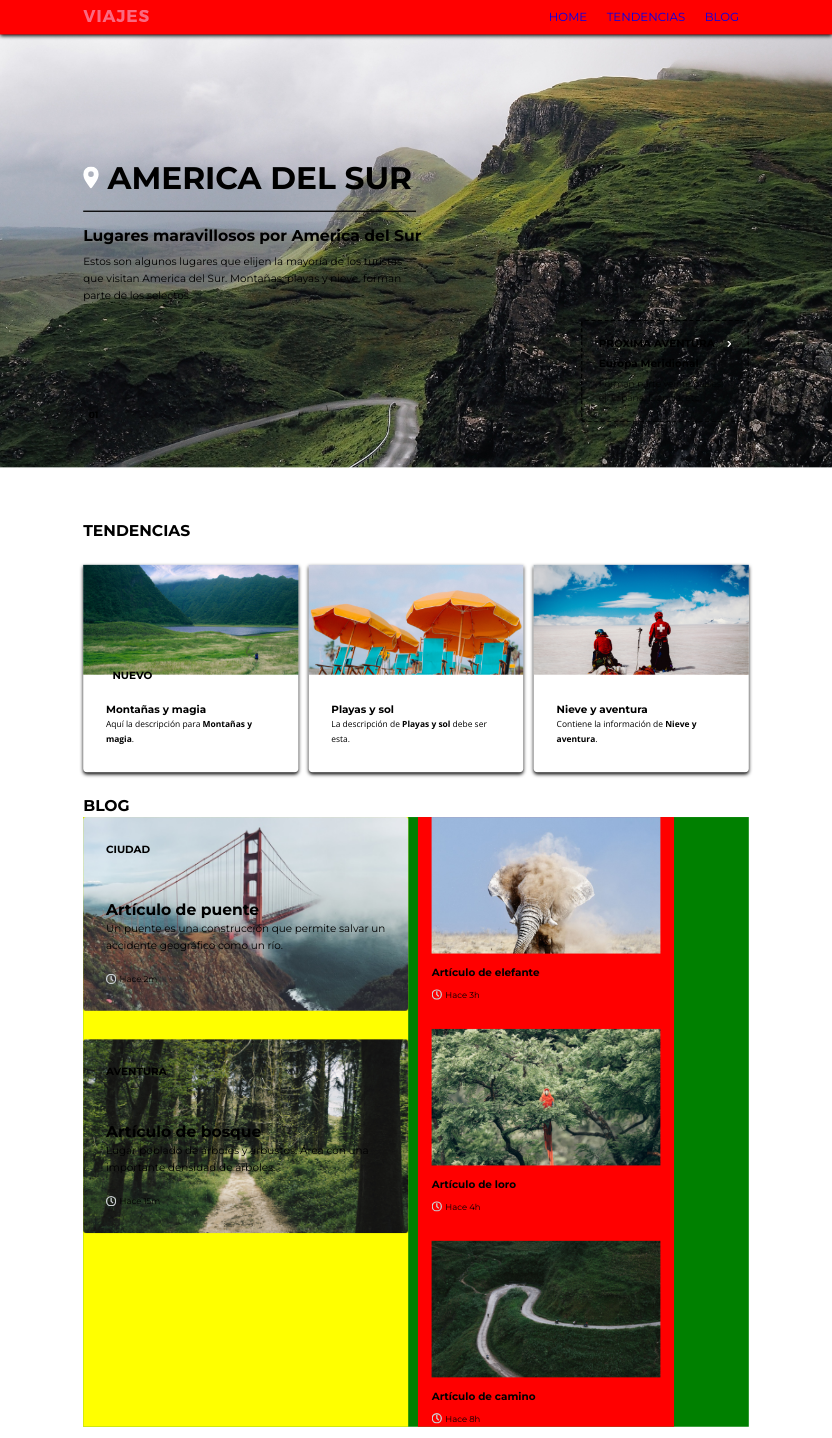
Repository: agustin-mesa/viajes
Page: /
These files come from the project's save history. The page is drawn as it stood at one moment and after the next save; the edit follows.
The browser window is 1280 px wide. The pictures show the whole page, at 65% of full size.
The project was rebuilt for these pictures with package versions that can differ from the ones it lists, and the page was loaded fresh each time. Also part of the build but not shown: src/components/styles/colors.module.scss.

Above is the page before, as saved 2021-11-12 13:06:13.

### public/index.html
<!DOCTYPE html>
<html lang="es">
  <head>
    <meta name="author" content="Mauro Agustín Mesa" />
    <meta charset="utf-8" />
    <meta name="viewport" content="width=device-width, initial-scale=1" />
    <meta name="theme-color" content="#000000" />
    <meta
      name="description"
      content="Web site created using create-react-app"
    />
    <title>React App</title>
  </head>
  <body>
    <noscript>You need to enable JavaScript to run this app.</noscript>
    <div id="root"></div>
  </body>
</html>

### src/index.js
import React from "react";
import ReactDOM from "react-dom";
import App from "./App";
import "./index.css";

const Index = () => {
  return <App />;
};

ReactDOM.render(<Index />, document.getElementById("root"));

### src/App.js
import React from "react";
import Header from "./components/Header";
import Home from "./pages/Home";
import Tendencias from "./pages/Tendencias";
import Blog from "./pages/Blog";

const App = () => {
  return (
    <>
      <Header />
      <Home />
      <Tendencias />
      <Blog />
    </>
  );
};

export default App;

### src/index.css
@import url("https://fonts.googleapis.com/css2?family=Montserrat:wght@100;200;300;400;500;600;700&display=swap");
@import url("https://fonts.googleapis.com/css2?family=Montserrat:wght@100;200;300;400;500;600;700&family=Open+Sans:wght@400;500;600;700&display=swap");

* {
  margin: 0;
  padding: 0;
  list-style: none;
  text-decoration: none;
  border: none;
  outline: none;
  scroll-behavior: smooth;
}

body {
  margin: 0;
  -webkit-font-smoothing: antialiased;
  -moz-osx-font-smoothing: grayscale;
  font-family: "Montserrat", "Open Sans", sans-serif;
}

code {
  font-family: source-code-pro, Menlo, Monaco, Consolas, "Courier New",
    monospace;
}

### src/components/Header.js
import React from "react";
import styled from "styled-components";

// Colors
import * as colors from "./styles/colors.module.scss";

// LOGO
import logo from "../Assets/logo/logo_01.svg";

const Header = () => {
  return (
    <ContainerHeader>
      <nav>
        <div className="header__logo">
          <a href="#home">
            <img src={logo} alt="Viajes" />
          </a>
        </div>
        <ul>
          <li>
            <a href="#home">HOME</a>
          </li>
          <li>
            <a href="#tendencias">TENDENCIAS</a>
          </li>
          <li>
            <a href="#blog">BLOG</a>
          </li>
        </ul>
      </nav>
    </ContainerHeader>
  );
};

const ContainerHeader = styled.header`
  position: fixed;
  top: 0;
  left: 0;
  right: 0;
  z-index: 999;
  background: red;
  background: ${colors.white};
  box-shadow: 0px 3px 6px ${colors.blackOpac};
  nav {
    display: flex;
    flex-direction: row;
    justify-content: space-between;
    align-items: center;
    padding: 15px 10%;
    ul {
      display: flex;
      flex-direction: row;
      justify-content: flex-end;
      align-items: center;
      width: 100%;
      li a {
        padding: 15px 15px;
        font: normal normal normal 18px/13px Montserrat;
        color: ${colors.blueRelax};
        transition: all 0.2s ease;
      }
      li a:hover {
        color: ${colors.darkblue};
      }
    }
  }
`;

export default Header;

### src/pages/Home.js
import React from "react";
import styled from "styled-components";

import * as colors from "../components/styles/colors.module.scss";

// IMG
import viajesHero from "../Assets/img/Viajes_Hero.jpg";
import icPin from "../Assets/iconos/ic_pin.svg";
import icArrow from "../Assets/iconos/arrow.svg";

// Importo etiquetas default con estilos propios
import { Parrafo, Span, H3, H5 } from "../components/styles/stylesDefault";

const Home = () => {
  return (
    <ContainerHome id="home">
      <HeroWrapper>
        <div className="hero__title">
          <h1>
            <img src={icPin} alt="Pin" /> AMERICA DEL SUR
          </h1>
          <hr />
          <H3 color="white">Lugares maravillosos por America del Sur</H3>
          <Parrafo>
            Estos son algunos lugares que elijen la mayoría de los turistas que
            visitan America del Sur. Montañas, playas y nieve, forman parte de
            los selectos.
          </Parrafo>
        </div>
        <div className="hero__info">
          <H5>
            PRÓXIMA AVENTURA <img src={icArrow} alt="Arrow" />
          </H5>
          <Span color="white">Europa Meridional</Span>
          <p>
            Forman parte veinte países. <br />
            ej. España, Francia, etc.
          </p>
        </div>
      </HeroWrapper>
      <div className="slider">
        <span>01</span>
      </div>
    </ContainerHome>
  );
};

const ContainerHome = styled.div`
  width: 100%;
  height: 100vh;
  background-image: url(${viajesHero});
  background-size: cover;
  background-position: center;

  .slider {
    position: absolute;
    width: 13%;
    bottom: 60px;
    display: flex;
    align-items: center;
    justify-content: flex-end;
    z-index: 1;
    span {
      display: flex;
      align-items: center;
      justify-content: center;
      width: 45px;
      height: 45px;
      background: ${colors.white};
      border-radius: 50px;
      font: normal normal bold 14px/22px Montserrat;
    }
    span::after {
      content: "";
      position: absolute;
      width: 70px;
      height: 70px;
      background: ${colors.whiteOpac};
      border-radius: 50px;
      z-index: -2;
    }
    span::before {
      content: "";
      position: absolute;
      left: 0;
      width: 100%;
      height: 5px;
      background: ${colors.pink};
      z-index: -1;
    }
  }
`;

const HeroWrapper = styled.div`
  position: absolute;
  top: 0;
  bottom: 0;
  left: 10%;
  right: 10%;
  display: flex;
  align-items: center;
  .hero__title {
    display: flex;
    align-items: flex-start;
    justify-content: center;
    flex-direction: column;
    color: ${colors.white};

    h1 {
      font: normal normal bold 48px/42px Montserrat;
    }
    hr {
      width: 50%;
      border-bottom: 2px solid ${colors.white};
      margin: 30px 0 20px;
    }
  }

  .hero__info {
    position: absolute;
    right: 0;
    bottom: 70px;
    background: ${colors.darkblueOpac} 0% 0% no-repeat padding-box;
    border: 2px dashed ${colors.whiteOpac};
    border-radius: 6px;
    padding: 25px;

    p {
      font: normal normal 300 14px/22px Montserrat;
      color: ${colors.white};
      margin: 10px 0 0;
    }
  }
`;

export default Home;

### src/pages/Tendencias.js
import React from "react";
import styled from "styled-components";

// Colors
import * as colors from "../components/styles/colors.module.scss";

// IMG
import card01 from "../Assets/img/card_01.png";
import card02 from "../Assets/img/card_02.png";
import card03 from "../Assets/img/card_03.png";

// Importo etiquetas default con estilos propios
import { H3 } from "../components/styles/stylesDefault";

// Components
import TendenciaItem from "../components/TendenciaItem";

const Tendencias = () => {
  // Simulo una base de datos para luego imprimir cada CARD.
  // Aunque también se podría hacer manualmente usando el componente
  // TendenciaItem y usar sus props, pero la manera más eficiente es el de
  // simular una base de datos; tranquilamente se muestra cada CARD con tan solo
  // agregar un objeto más dentro del array.
  const tendencias = [
    {
      src: card01,
      isNew: true,
      titulo: "Montañas y magia",
      descripcion: (
        <>
          Aquí la descripción para <b>Montañas y magia</b>.
        </>
      ),
    },
    {
      src: card02,
      isNew: false,
      titulo: "Playas y sol",
      descripcion: (
        <>
          La descripción de <b>Playas y sol</b> debe ser esta.
        </>
      ),
    },
    {
      src: card03,
      isNew: false,
      titulo: "Nieve y aventura",
      descripcion: (
        <>
          Contiene la información de <b>Nieve y aventura</b>.
        </>
      ),
    },
  ];

  return (
    <ContainerTendencias id="tendencias">
      <div className="tendencias">
        <div className="tendencias__header">
          <H3 color="darkblue">TENDENCIAS</H3>
        </div>
        <div className="tendencias__body">
          {tendencias.map((tendencia, i) => {
            return (
              <TendenciaItem
                src={tendencia.src}
                nuevo={tendencia.isNew}
                titulo={tendencia.titulo}
                descripcion={tendencia.descripcion}
                key={i}
              />
            );
          })}
        </div>
      </div>
    </ContainerTendencias>
  );
};

const ContainerTendencias = styled.section`
  height: 90vh;
  padding: 80px 10% 0;
  background: ${colors.grey};

  .tendencias__body {
    display: flex;
    align-items: center;
    margin: 35px 0 0;

    div:last-child {
      margin: 0;
    }
  }
  .tendencias__header {
    width: 100%;
  }
`;

export default Tendencias;

### src/pages/Blog.js
import React from "react";
import styled from "styled-components";

// Colors
import * as colors from "../components/styles/colors.module.scss";

// IMG
import artBig01 from "../Assets/img/articulo_big_01.png";
import artBig02 from "../Assets/img/articulo_big_02.png";
import artSmall01 from "../Assets/img/articulo_small_01.png";
import artSmall02 from "../Assets/img/articulo_small_02.png";
import artSmall03 from "../Assets/img/articulo_small_03.png";

// Importo etiquetas default con estilos propios
import { H3 } from "../components/styles/stylesDefault";

// Components
import BigNewItem from "../components/BigNewItem";
import SmallNewItem from "../components/SmallNewItem";

const Blog = () => {
  const articulosBig = [
    {
      src: artBig01,
      tipo: "CIUDAD",
      titulo: "Artículo de puente",
      descripcion:
        "Un puente es una construcción que permite salvar un accidente geográfico como un río.",
      time: "2m",
    },
    {
      src: artBig02,
      tipo: "AVENTURA",
      titulo: "Artículo de bosque",
      descripcion:
        "Lugar poblado de árboles y arbustos. Área con una importante densidad de árboles.",
      time: "15m",
    },
  ];

  const articulosSmall = [
    {
      src: artSmall01,
      titulo: "Artículo de elefante",
      time: "3h",
    },
    {
      src: artSmall02,
      titulo: "Artículo de loro",
      time: "4h",
    },
    {
      src: artSmall03,
      titulo: "Artículo de camino",
      time: "8h",
    },
  ];

  return (
    <ContainerBlog>
      <div className="blog" id="blog">
        <div className="blog__header">
          <H3 color="darkblue">BLOG</H3>
        </div>
        <div className="blog__body">
          <article className="blog__article">
            {articulosBig.map((articulo, i) => {
              return (
                <BigNewItem
                  src={articulo.src}
                  tipo={articulo.tipo}
                  titulo={articulo.titulo}
                  descripcion={articulo.descripcion}
                  time={articulo.time}
                  key={i}
                />
              );
            })}
          </article>
          <aside className="blog__aside">
            {articulosSmall.map((articulo, i) => {
              return (
                <SmallNewItem
                  src={articulo.src}
                  titulo={articulo.titulo}
                  time={articulo.time}
                  key={i}
                />
              );
            })}
          </aside>
        </div>
      </div>
    </ContainerBlog>
  );
};

const ContainerBlog = styled.section`
  position: relative;
  height: 95vh;
  padding: 80px 10% 0;
  background: ${colors.white};

  .blog {
    position: absolute;
    top: -300px;
    left: 10%;
    right: 10%;
    bottom: 0;
    display: flex;
    align-items: center;
    justify-content: flex-start;
    flex-direction: column;
    padding: 75px 0 50px;
  }
  .blog__body {
    display: grid;
    gap: 15px;
    width: 100%;
    background: green;

    grid-template: ".blog__article .blog__aside" auto / 500px;
  }
  .blog__header {
    width: 100%;
  }
  .blog__article {
    display: flex;
    align-items: center;
    justify-content: flex-start;
    flex-direction: column;
    background: yellow;
    div:first-child {
      margin: 0 0 40px;
    }
  }
  .blog__aside {
    background: red;
    display: flex;
    align-items: center;
    justify-content: flex-start;
    flex-direction: column;
    div:last-child {
      margin: 0;
    }
  }
  /*
  @media only screen and (max-width: 1020px) {
    .blog__body {
      grid-template-areas: ".blog__article" ".blog__aside";
    }
  }*/
`;

export default Blog;

### src/components/styles/stylesDefault.js
import styled from "styled-components";

// Colors
import * as colors from "./colors.module.scss";

const Parrafo = styled.p`
  margin: 10px 0 0;
  font: normal normal normal 16px/26px Montserrat;
  width: 50%;
  color: ${colors.white};
`;

const H3 = styled.h3`
  font: normal normal bold 24px/34px Montserrat;
  color: ${(props) => {
    if (props.color === "white") return colors.white;
    if (props.color === "darkblue") return colors.darkblue;
  }};
`;

const H5 = styled.h5`
  font: normal normal bold 16px/20px Montserrat;
  color: ${colors.pink};
  margin: 0 0 10px;
  img {
    margin: 0 0 0 15px;
  }
`;

const Span = styled.span`
  font: normal normal bold 16px/20px Montserrat;
  color: ${(props) => {
    if (props.color === "white") return colors.white;
    if (props.color === "darkblue") return colors.darkblue;
  }};
`;

export { Parrafo, Span, H3, H5 };

### src/components/TendenciaItem.js
import React from "react";
import styled from "styled-components";

// Colors
import * as colors from "./styles/colors.module.scss";

import { Span } from "./styles/stylesDefault";

const TendenciaItem = ({ src, nuevo, titulo, descripcion }) => {
  return (
    <TenItem>
      <div className="tendencia-item__img">
        <img src={src} alt={titulo} />
      </div>
      <div className="tendencia-item__new">{nuevo && <span>NUEVO</span>}</div>
      <div className="tendencia-item__descrip">
        <Span color="darkblue">{titulo}</Span>
        <p>{descripcion}</p>
      </div>
    </TenItem>
  );
};

const TenItem = styled.div`
  background: ${colors.white} 0% 0% no-repeat padding-box;
  box-shadow: 0px 3px 6px ${colors.blackOpac};
  border-radius: 0 0 6px 6px;
  margin: 0 16px 0 0;
  width: 100%;

  .tendencia-item__img img {
    width: 100%;
  }
  .tendencia-item__new {
    width: 100%;
    position: relative;
    span {
      position: absolute;
      top: -20px;
      left: 35px;
      background: ${colors.pink};
      border-radius: 6px;
      padding: 10px;
      font: normal normal bold 16px/13px Montserrat;
      color: ${colors.white};
    }
  }
  .tendencia-item__descrip {
    padding: 40px 35px;
    p {
      font: normal normal normal 13px/23px Open Sans;
      color: ${colors.greyBlue};
    }
  }
`;

export default TendenciaItem;

### src/components/BigNewItem.js
import React from "react";
import styled from "styled-components";

// Importo etiquetas default con estilos propios
import { Span, H3, Parrafo } from "../components/styles/stylesDefault";
import Time from "./Time";

const BigNewItem = ({ src, tipo, titulo, descripcion, time }) => {
  return (
    <NewItemBig>
      <img className="img__bg" src={src} alt={titulo} />
      <div className="newItem__info">
        <div className="info__header">
          <Span color="white">{tipo}</Span>
        </div>
        <div className="info__body">
          <H3 color="white">{titulo}</H3>
          <Parrafo>{descripcion}</Parrafo>
          <Time time={time} />
        </div>
      </div>
    </NewItemBig>
  );
};

const NewItemBig = styled.div`
  position: relative;
  border-radius: 6px;
  width: 100%;

  .img__bg {
    width: 100%;
    min-width: 500px;
  }
  .newItem__info {
    position: absolute;
    top: 40px;
    left: 35px;
    right: 35px;
    bottom: 40px;
    display: flex;
    flex-direction: column;
    justify-content: space-between;
  }
  .info__body p {
    width: 100%;
    margin: 0 0 25px;
  }
`;

export default BigNewItem;

### src/components/SmallNewItem.js
import React from "react";
import styled from "styled-components";

// Importo etiquetas default con estilos propios
import { Span } from "../components/styles/stylesDefault";

// Components
import Time from "./Time";

const SmallNewItem = ({ src, titulo, time }) => {
  return (
    <NewItemSmall>
      <img className="img__bg" src={src} alt={titulo} />
      <Span className="titulo" color="darkblue">
        {titulo}
      </Span>
      <Time time={time} />
    </NewItemSmall>
  );
};

const NewItemSmall = styled.div`
  display: flex;
  align-items: start;
  justify-content: center;
  flex-direction: column;
  margin: 0 0 40px;
  span.titulo {
    margin: 20px 0 10px;
  }
  .img__bg {
    width: 100%;
    min-width: 300px;
  }
`;

export default SmallNewItem;

### src/components/Time.js
import React from "react";
import styled from "styled-components";

// Colors
import * as colors from "./styles/colors.module.scss";

// IMG
import icTime from "../Assets/iconos/time.svg";

const Time = ({ time }) => {
  return (
    <Timer>
      <img src={icTime} alt="Time" /> Hace {time}
    </Timer>
  );
};

const Timer = styled.span`
  display: flex;
  align-items: center;
  font: normal normal normal 13px/26px Montserrat;
  color: ${colors.blueRelax};
  img {
    margin: 0 5px 0 0;
  }
`;
export default Time;

After the next save:
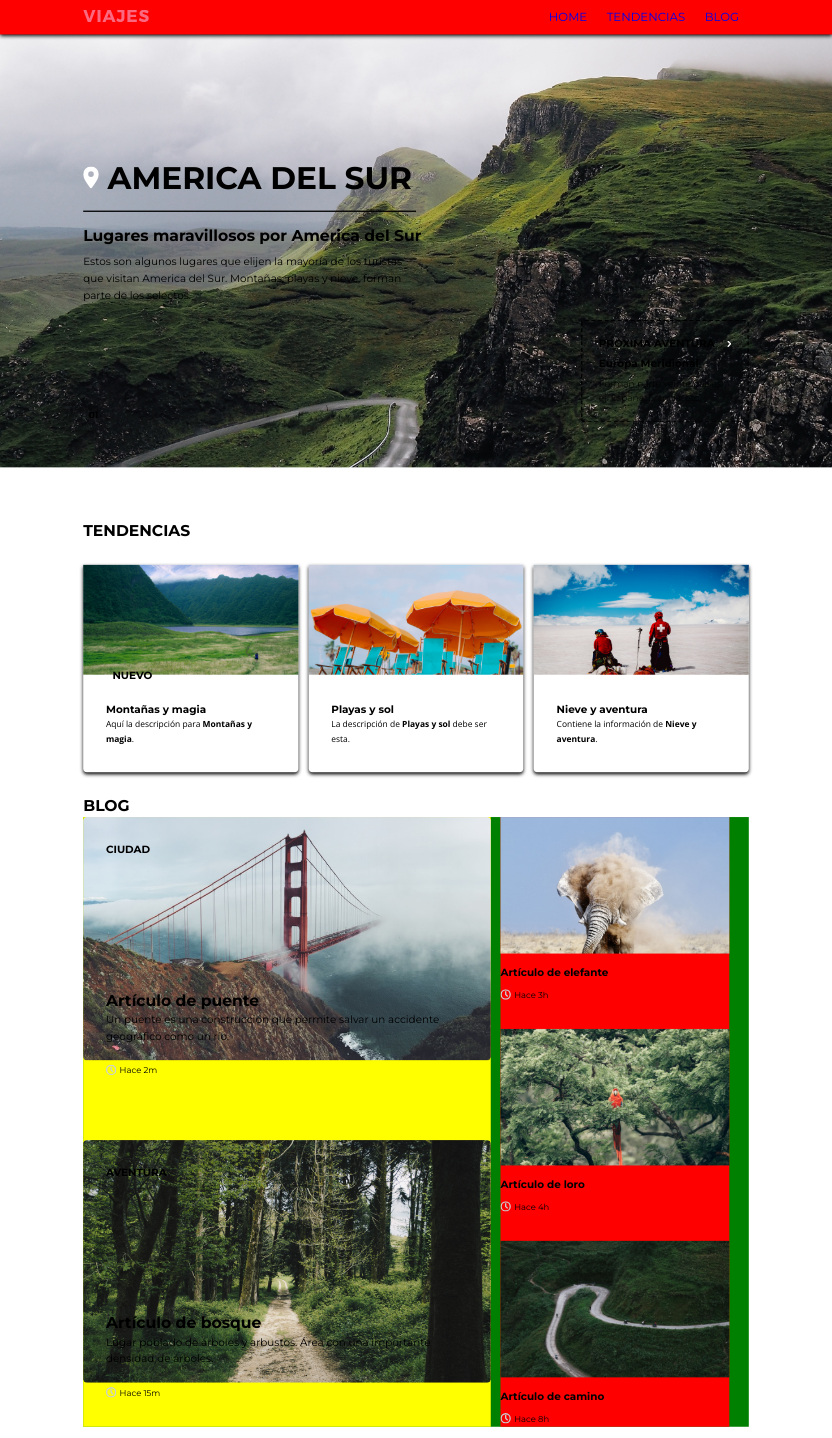
Saved 2 min 51 s later.
--- a/src/pages/Blog.js
+++ b/src/pages/Blog.js
@@ -119,16 +119,24 @@ const ContainerBlog = styled.section`
     width: 100%;
     background: green;
 
-    grid-template: ".blog__article .blog__aside" auto / 500px;
+    grid-template: ".blog__article .blog__aside" auto / auto;
   }
   .blog__header {
     width: 100%;
   }
   .blog__article {
+    /*
     display: flex;
     align-items: center;
     justify-content: flex-start;
-    flex-direction: column;
+    flex-direction: column;*/
+    display: grid;
+    gap: 15px;
+    width: 100%;
+    background: green;
+
+    grid-template: "div" auto / auto;
+
     background: yellow;
     div:first-child {
       margin: 0 0 40px;
